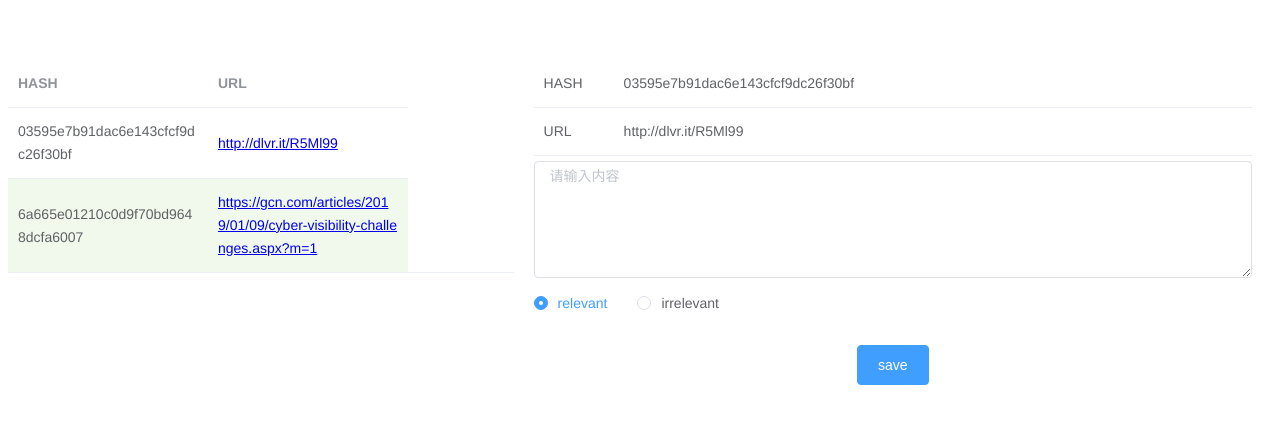
Repository: NicoleGX/TI
Page: /
The author's editor kept a copy of each file at every save. The page is drawn from the files as they stood at one save, then again after the next save.
The browser window is 1280 px wide. The pictures show the whole page.
The project was rebuilt for these pictures with package versions that can differ from the ones it lists, and the page was loaded fresh each time.

Above is the page before, as saved 2019-05-28 20:36:14.

After the next save:
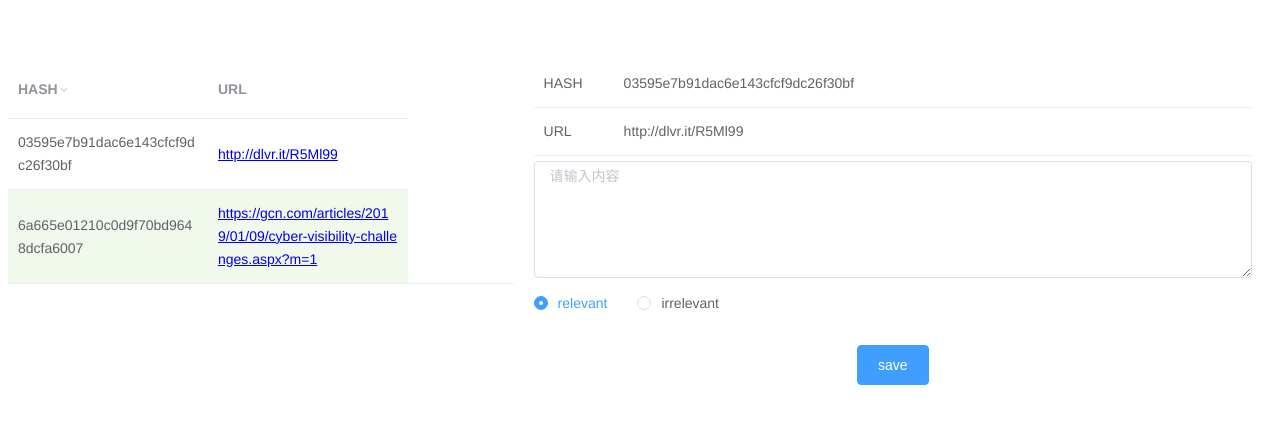
Saved 6 min 37 s later.
--- a/src/views/TextClassification.vue
+++ b/src/views/TextClassification.vue
@@ -9,7 +9,9 @@
         <el-table-column
           prop="hash"
           label="HASH"
-          width="200">
+          width="200"
+          :filters="[{text: 'edited', value: true}, {text: 'unedited', value: false}]"
+          :filter-method="filterTag">
         </el-table-column>
         <el-table-column
           prop="url"
@@ -71,6 +73,9 @@ export default {
     onCellClick(row, column, cell, event) {
       this.formData[0]['value'] = row['hash']
       this.formData[1]['value'] = row['url']
+    },
+    filterTag(value, row) {
+      return row.has_edit === value
     }
   },
   data() {
